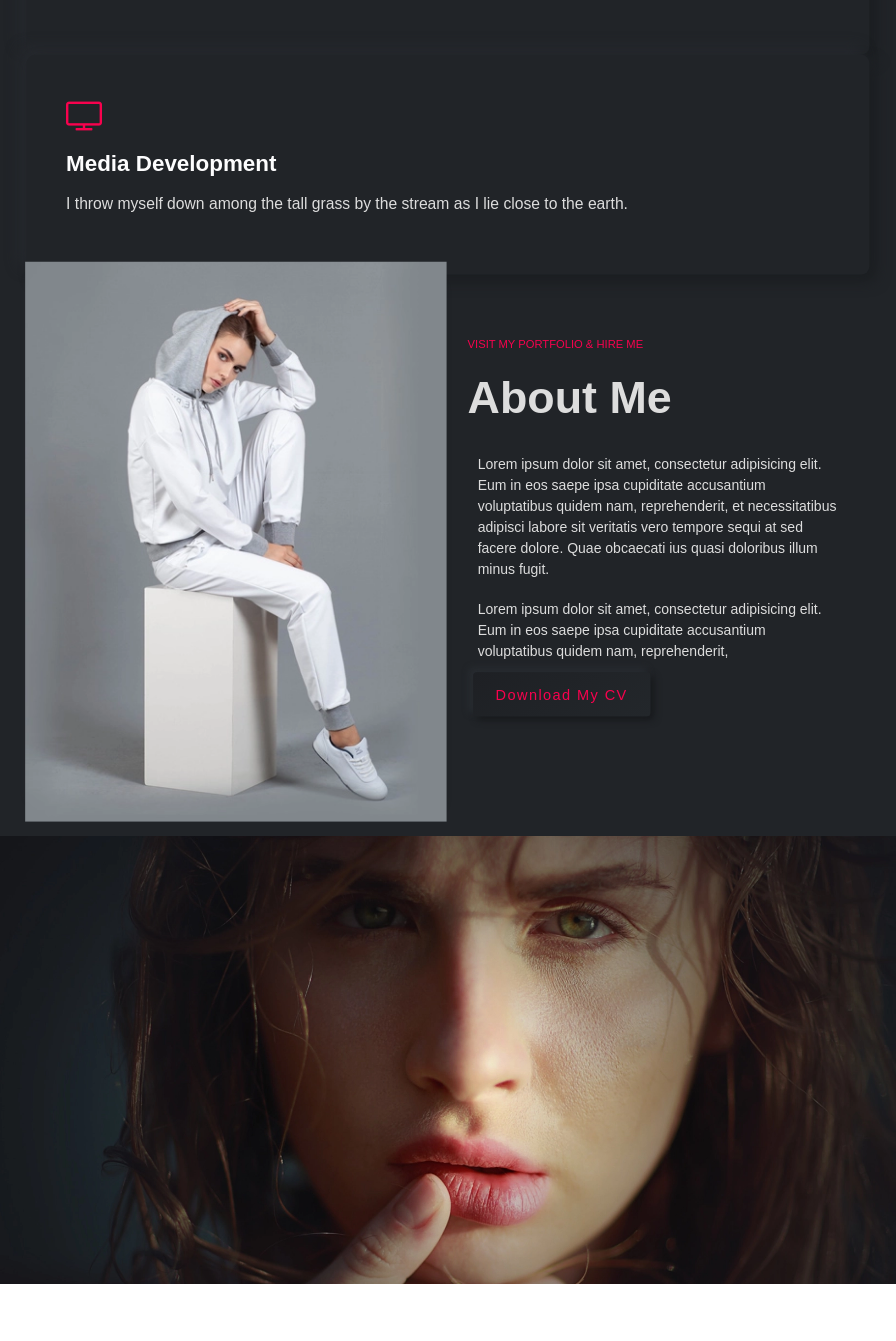
Repository: arminprogramme/inbio
Page: /
These files come from the project's save history. The page is drawn as it stood at one moment and after the next save; the edit follows.
The browser window is 1280 px wide. The pictures show the part of the page from y = 1515 to 3435 px (the page is 3430 px tall before and 3435 px after), at 70% of full size.
Backgrounds fixed to the window are drawn as part of the page. Some web libraries are served in a nearby version. The project was rebuilt for these pictures with package versions that can differ from the ones it lists, and the page was loaded fresh each time. Also part of the build but not shown: vite.config.js.

Above is the page before, as saved 2023-10-20 04:25:53.

### index.html
<!doctype html>
<html lang="en">

<head>
    <meta charset="UTF-8" />
    <link rel="icon" type="image/svg+xml" href="/vite.svg" />
    <link rel="stylesheet" href="https://cdnjs.cloudflare.com/ajax/libs/font-awesome/4.7.0/css/font-awesome.min.css">
    <link href="https://cdnjs.cloudflare.com/ajax/libs/flowbite/1.8.1/flowbite.min.css" rel="stylesheet" />
    <meta name="viewport" content="width=device-width, initial-scale=1.0" />
    <title>Vite + React</title>
</head>

<body>
    <div id="root"></div>
    <script src="https://cdnjs.cloudflare.com/ajax/libs/flowbite/1.8.1/flowbite.min.js"></script>
    <script type="module" src="/src/main.jsx"></script>
</body>

</html>

### src/App.jsx
import   { Component } from 'react';
import LandingPage from './Component/LandingPage.jsx'
import './App.css'

class App extends Component {


  render() {
    return (
    <div>
      <LandingPage />
    </div>
    );
  }


}

export default App;

### src/index.css
:root {
    font-family: Inter, system-ui, Avenir, Helvetica, Arial, sans-serif;
}

a {
    font-weight: 500;
    color: #646cff;
    text-decoration: inherit;
}

* {
    padding: 0;
    margin: 0;
    box-sizing: border-box;
}

@tailwind base;
@tailwind components;
@tailwind utilities;
a:hover {
    color: #535bf2;
}

body {
    margin: 0;
    font-family: 'Vazir', sans-serif;
}

h1 {
    font-size: 3.2em;
    line-height: 1.1;
}

@media (prefers-color-scheme: light) {
     :root {
        color: #213547;
        background-color: #ffffff;
    }
    a:hover {
        color: #747bff;
    }
    button {
        background-color: #f9f9f9;
    }
}

### src/Component/LandingPage.jsx
import  { Component } from 'react';
import Header from './Header/Header.jsx'
import Body from './Body/Body.jsx'
//import Footer from './Footer/Footer.jsx'
class LandingPage extends Component {
    render() {
        return (
            <div>
                <Header/>
                <Body/>

            </div>
        );
    }
}

export default LandingPage;

### src/Component/Header/Header.jsx
import  { Component } from 'react';
import NavBar from './Navbar.jsx'
import './Header.css'
class Header extends Component {
    render() {
        return (
            <div>
                <NavBar/>
                <div className="banner-header text-center">
                    <h1 className='font-bold text-white'>KRISTINA SOMOLYER</h1>
                    <p>American Supermodel & Entrepreneur</p>
                </div>
            </div>
        );
    }
}

export default Header;

### src/Component/Body/Body.jsx
import  { Component } from 'react';
import Services from './Services/Services.jsx'
import About from './About/About.jsx'
import './Body.css'
class Body extends Component {
    render() {
        return (
            <>
            <div className='black-bg '>
                <div className="limit-width">
                    <Services/>
                    <About/>
                </div>
                <div className="girl-bg">

                </div>
            </div>
            </>
        );
    }
}

export default Body;

### src/Component/Header/Navbar.jsx
import  { Component } from 'react';

class Navbar extends Component {
    render() {
        return (
            <div>

<nav className=" black-bg">
  <div className="max-w-screen-xl flex flex-wrap items-center justify-between mx-auto p-6">
    <a href="https://.com/" className="flex items-center">
       <h2 className='text-white'>React Project</h2>
    </a>
    <button data-collapse-toggle="navbar-default" type="button"  className="inline-flex items-center p-2 w-10 h-10 justify-center text-sm text-white rounded-lg md:hidden " aria-controls="navbar-default" aria-expanded="false">
    <i className="fa fa-bars text-white"></i>

    </button>
    <div className="hidden w-full md:block md:w-auto" id="navbar-default">
      <ul className="font-medium flex flex-col p-4 md:p-0 mt-4 border border-gray-100 rounded-lg text-white md:flex-row md:space-x-8 md:mt-0 md:border-0 black-bg">
        <li>
          <a href="#" className="block py-2 pl-3 pr-4 text-white md:hover:text-gray-700 dark:text-white md:dark:hover:text-gray-500 rounded md:bg-transparent md:p-0 " aria-current="page">Home</a>
        </li>
        <li>
          <a href="#" className="block py-2 pl-3 pr-4 text-gray-900 rounded hover:bg-gray-100 md:hover:bg-transparent md:border-0 md:hover:text-gray-700 md:p-0 dark:text-white md:dark:hover:text-gray-500 dark:hover:bg-gray-700 dark:hover:text-white md:dark:hover:bg-transparent">About</a>
        </li>
        <li>
          <a href="#" className="block py-2 pl-3 pr-4 text-gray-900 rounded md:hover:text-gray-700 md:p-0 dark:text-white md:dark:hover:text-gray-500 dark:hover:bg-gray-700 dark:hover:text-white md:dark:hover:bg-transparent">Services</a>
        </li>
        <li>
          <a href="#" className="block py-2 pl-3 pr-4 text-gray-900 rounded hover:bg-gray-100 md:hover:bg-transparent md:border-0 md:hover:text-gray-700 md:p-0 dark:text-white md:dark:hover:text-gray-500 dark:hover:bg-gray-700 dark:hover:text-white md:dark:hover:bg-transparent">Pricing</a>
        </li>
        <li>
          <a href="#" className="block py-2 pl-3 pr-4 text-gray-900 rounded hover:bg-gray-100 md:hover:bg-transparent md:border-0md:hover:text-gray-700 md:p-0 dark:text-white md:dark:hover:text-gray-500 dark:hover:bg-gray-700 dark:hover:text-white md:dark:hover:bg-transparent">Contact</a>
        </li>
      </ul>
    </div>
  </div>
</nav>

            </div>
        );
    }
}

export default Navbar;

### src/Component/Header/Header.css
.black-bg {
    background-color: #212428;
}

.banner-header {
    background-image: url(../../../bg-image-12.webp);
    background-position: center;
    background-size: cover;
    padding: 20.25rem 0;
}

.banner-header h1 {
    letter-spacing: 6px;
    font-size: 3.2rem;
}

.banner-header p {
    letter-spacing: 6px;
    font-size: 1.2rem;
    padding: 2rem 0;
    color: #fff;
}

### src/Component/Body/Services/Services.jsx
import  { Component } from 'react';
import ServicesItem from './ServicesItem.jsx'
import './Services.css'
class Services extends Component {

    constructor(props){
        super(props)

        this.state = {
            services : [
                {id : 1 , icon : 'red-color fa fa-bars' , title : 'Web Development' , text : 'I throw myself down among the tall grass by the stream as I lie close to the earth.'},
                {id : 2 , icon : 'red-color fa fa-book' , title : 'App Development' , text : 'It uses a dictionary of over 200 Latin words, combined with a handful of model sentence.'},
                {id : 3 , icon : 'red-color fa fa-television' , title : 'Media Development' , text : 'I throw myself down among the tall grass by the stream as I lie close to the earth.'},
            ]
        }
    }
    render() {
        return (
            <div>
              <div className="grid  grid-cols-1 lg:grid-cols-3 gap-10">
              {this.state.services.map(services => {
                return <ServicesItem key={services.id} {...services} />
               })}
              </div>
            </div>
        );
    }
}

export default Services;

### src/Component/Body/About/About.jsx
import  { Component } from 'react';
import ButtonSpecial from '../Buttons/ButtonSpecial.jsx'
import   './About.css'
class About extends Component {

    constructor(props){
        super(props)

        this.state= {
            title : 'Download My CV'
        }
    }
    render() {
        return (
            <div>
                <div className="about-container my-52 grid grid-cols-1 lg:grid-cols-2 gap-2">
                    <div className="img-about">
                        <div className="inner-img-about">
                            <img src="about-5.webp" className='rounded' alt="" />
                        </div>
                    </div>
                    <div className="content-about">
                        <h5 className='red-color'>VISIT MY PORTFOLIO & HIRE ME</h5>
                        <h2>About Me</h2>
                        <p>Lorem ipsum dolor sit amet, consectetur adipisicing elit. Eum in eos saepe ipsa cupiditate accusantium voluptatibus quidem nam, reprehenderit, et necessitatibus adipisci labore sit veritatis vero tempore sequi at sed facere dolore. Quae obcaecati ius quasi doloribus illum minus fugit.</p>
                        <p>Lorem ipsum dolor sit amet, consectetur adipisicing elit. Eum in eos saepe ipsa cupiditate accusantium voluptatibus quidem nam, reprehenderit,</p>

                       <div className="mx-2 button-about">
                       <ButtonSpecial title={this.state.title}/>
                       </div>
                    </div>
                </div>
            </div>
        );
    }
}

export default About;

### src/Component/Body/Body.css
.limit-width {
    max-width: 1450px;
    padding: 6rem 3% 3%;
    margin: auto;
}

.girl-bg {
    background-image: url(../../../bg-image-8.webp);
    padding: 20em;
    background-attachment: fixed;
    background-size: cover;
    background-position: center;
    margin-bottom: 5rem;
}

### src/Component/Body/Services/ServicesItem.jsx
import { Component } from 'react';

class ServicesItem extends Component {
    render() {
        return (
            <div className='services-item'>
                <div className="icon-services">
                    <i className={this.props.icon}></i>
                </div>
                <div className="content-services">
                <h2 className='font-bold'>{this.props.title}</h2>
                <p>{this.props.text}</p>
                </div>
            </div>
        );
    }
}

export default ServicesItem;

### src/Component/Body/Services/Services.css
.icon-services i {
    font-size: 3rem;
}

.red-color {
    color: #f8024e;
}

.content-services {
    padding: 1.2rem 0;
    color: #FDFDFE;
}

.content-services h2 {
    font-size: 2rem;
    padding-bottom: 1rem;
}

.content-services p {
    line-height: 2.25rem;
    font-size: 1.4rem;
}

.services-item {
    border-radius: 12px;
    transition: 0.5s!important;
    padding: 4rem 3.5rem;
    background: #212428;
    box-shadow: 10px 10px 20px #1b1e21, -10px -10px 20px #272a2f;
    -webkit-transition: 0.5s!important;
    -moz-transition: 0.5s!important;
    -ms-transition: 0.5s!important;
    -o-transition: 0.5s!important;
    cursor: pointer;
}

.services-item:hover {
    border-radius: 12px;
    transform: translateY(-1.2rem);
    transition: 0.5s!important;
    background: linear-gradient(145deg, #23272b, #16171a);
    box-shadow: 10px 10px 13px #1b1e21, -10px -10px 13px #272a2f;
    -webkit-transition: 0.5s!important;
    -moz-transition: 0.5s!important;
    -ms-transition: 0.5s!important;
    -o-transition: 0.5s!important;
    -webkit-transform: translateY(-1.2rem);
    -moz-transform: translateY(-1.2rem);
    -ms-transform: translateY(-1.2rem);
    -o-transform: translateY(-1.2rem);
}

### src/Component/Body/Buttons/ButtonSpecial.jsx
import  { Component } from 'react';
import   './Buttons.css'
class ButtonSpecial extends Component {
    render() {
        return (
           <button className='sp-button red-color'>{this.props.title}</button>
        );
    }
}

export default ButtonSpecial;

### src/Component/Body/About/About.css
.inner-img-about,
.img-about {
    padding: 0.5rem;
    border-radius: 5px;
    max-width: 100%;
}

.inner-img-about {
    border-radius: 5px;
    background: #212428;
    box-shadow: 5px 5px 10px #17191c, -5px -5px 10px #2b2f34;
    -webkit-border-radius: 5px;
    -moz-border-radius: 5px;
    -ms-border-radius: 5px;
    position: relative;
    align-self: stretch;
    height: auto;
    padding: 1rem;
    flex-shrink: 0;
    object-fit: cover;
    border-radius: 10px;
    -o-border-radius: 5px;
}

.inner-img-about img {
    width: 100%;
    border-radius: 5px!important;
    -webkit-border-radius: 5px!important;
    transform: scale(1.2);
    -moz-border-radius: 5px!important;
    padding: 1.5rem;
    -ms-border-radius: 5px!important;
    -o-border-radius: 5px!important;
}

.content-about {
    margin: 5.5rem 1.5rem;
}

.content-about h2,
p {
    color: #ddd;
}

.content-about h2 {
    font-size: 4rem;
    padding: 1rem 0;
    font-weight: bold;
}

.content-about p {
    font-size: 1.25rem;
    padding: 0.9rem;
}

### src/Component/Body/Buttons/Buttons.css
.sp-button {
    border-radius: 5px;
    background: linear-gradient(145deg, #1e2024, #23272b);
    box-shadow: 5px 5px 10px #17191c, -5px -5px 10px #2b2f34;
    padding: 1rem 2rem;
    font-size: 1.3rem;
    -webkit-border-radius: 5px;
    -moz-border-radius: 5px;
    letter-spacing: 2px;
    -ms-border-radius: 5px;
    transition: 0.3s;
    -o-border-radius: 5px;
    -webkit-transition: 0.3s;
    -moz-transition: 0.3s;
    -ms-transition: 0.3s;
    -o-transition: 0.3s;
}

.sp-button:hover {
    transition: 0.3s;
    border-radius: 5px;
    transform: translateY(-3px);
    background: linear-gradient(145deg, #23272b, #1e2024);
    box-shadow: 5px 5px 10px #17191c, -5px -5px 10px #2b2f34;
    -webkit-border-radius: 5px;
    -moz-border-radius: 5px;
    -ms-border-radius: 5px;
    -o-border-radius: 5px;
    -webkit-transition: 0.3s;
    -moz-transition: 0.3s;
    -ms-transition: 0.3s;
    -o-transition: 0.3s;
    -webkit-transform: translateY(-3px);
    -moz-transform: translateY(-3px);
    -ms-transform: translateY(-3px);
    -o-transform: translateY(-3px);
}

Loaded but not shown: src/main.jsx (common file); src/App.css (common file)

After the next save:
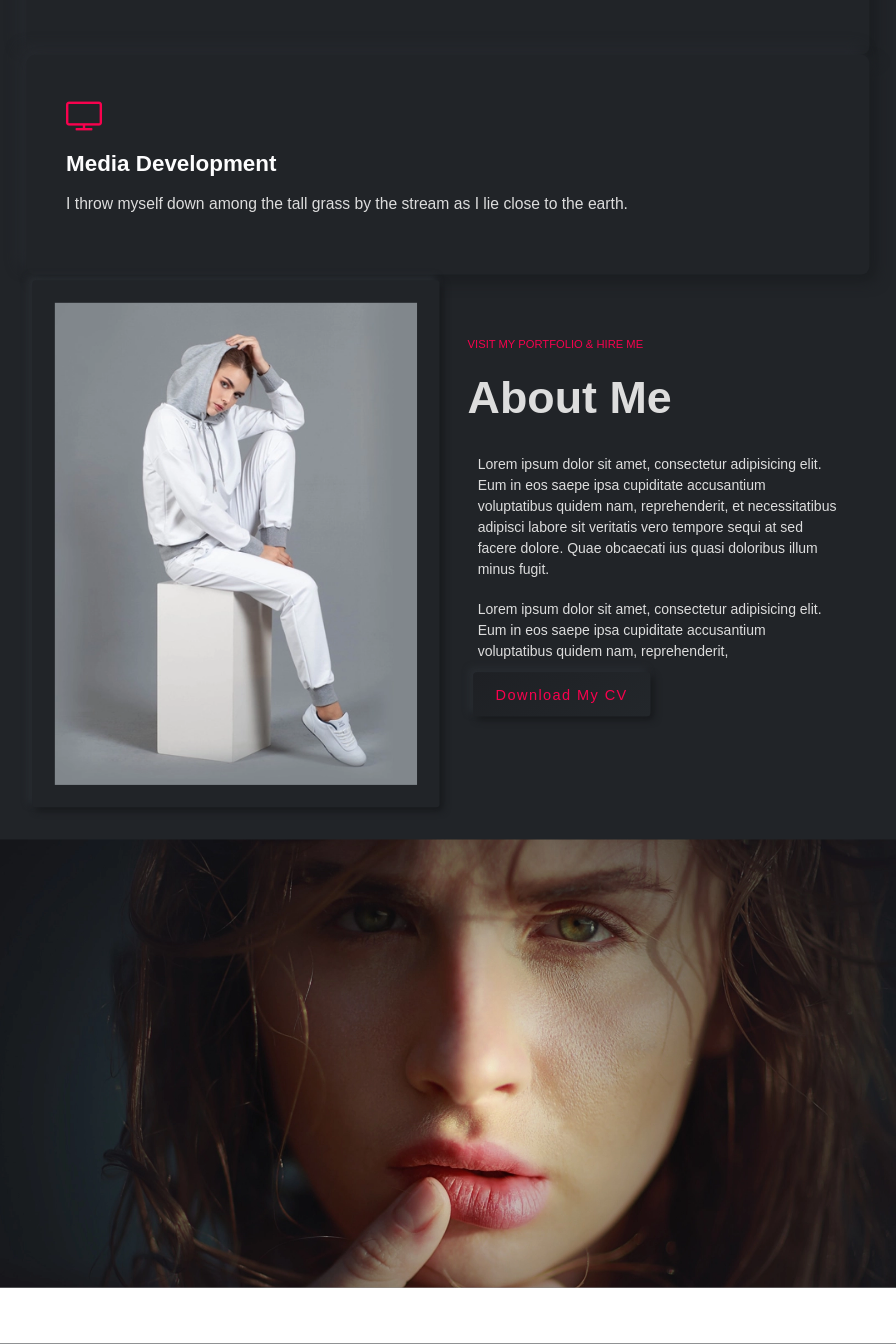
Saved 11 s later.
--- a/src/Component/Body/About/About.css
+++ b/src/Component/Body/About/About.css
@@ -12,13 +12,6 @@
     -webkit-border-radius: 5px;
     -moz-border-radius: 5px;
     -ms-border-radius: 5px;
-    position: relative;
-    align-self: stretch;
-    height: auto;
-    padding: 1rem;
-    flex-shrink: 0;
-    object-fit: cover;
-    border-radius: 10px;
     -o-border-radius: 5px;
 }
 
@@ -26,7 +19,6 @@
     width: 100%;
     border-radius: 5px!important;
     -webkit-border-radius: 5px!important;
-    transform: scale(1.2);
     -moz-border-radius: 5px!important;
     padding: 1.5rem;
     -ms-border-radius: 5px!important;
